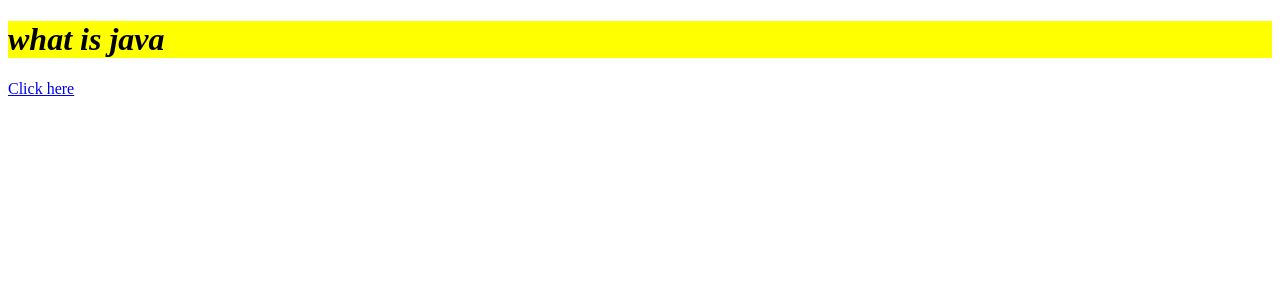
Repository: doiphodesakshi/-core_java_T2406080344
Page: MyWebApp/src/main/webapp/index.html
An editor plug-in stored every save of this project. The page is shown before and after the next save, followed by the edit.
The browser window is 1280 px wide. The pictures show the whole page.

Above is the page before, as saved 2024-02-26 07:06:08.

After the next save:
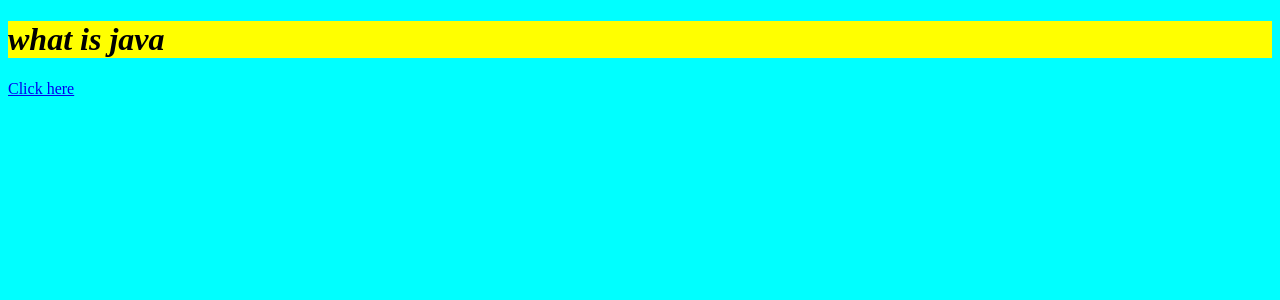
Saved 3 min 19 s later.
--- a/MyWebApp/src/main/webapp/index.html
+++ b/MyWebApp/src/main/webapp/index.html
@@ -4,8 +4,9 @@
 <meta charset="ISO-8859-1">
 <title>Register</title>
 </head>
-<body>
+<body style="background-color:aqua;">
 <h1 style="background-color: yellow; font-style:italic;">what is java</h1>
+
 <a href="welcome.html">Click here</a>
 
 </body>
